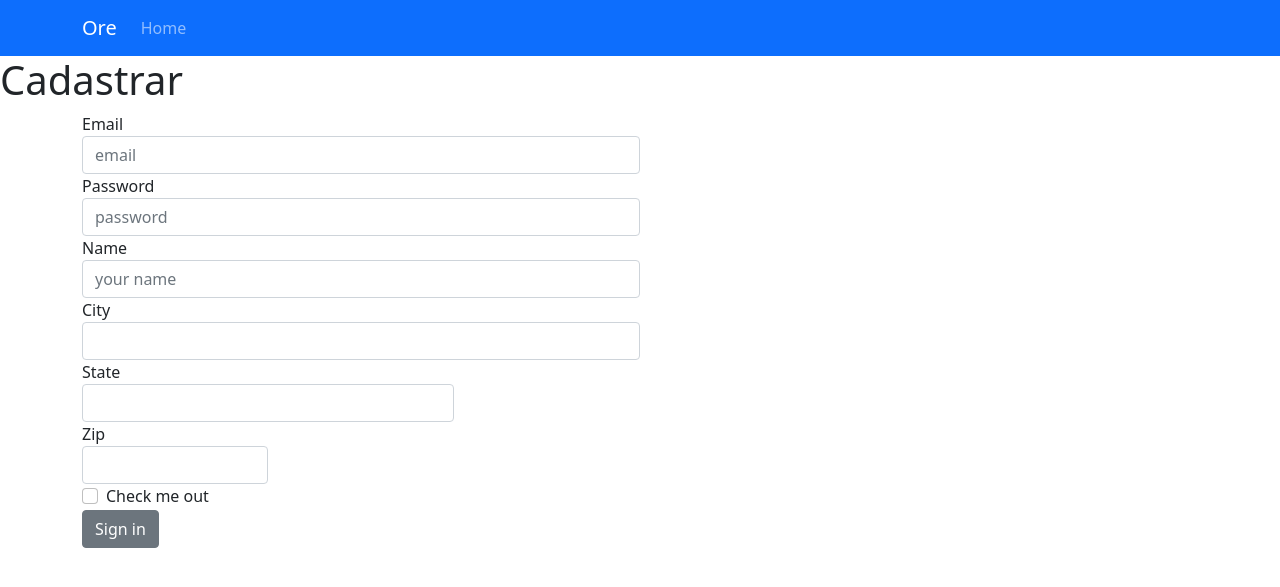
Repository: thf4/React-Front
Page: /cadastrar
The author's editor kept a copy of each file at every save. The page is drawn from the files as they stood at one save, then again after the next save.
The browser window is 1280 px wide. The pictures show the whole page.
The project was rebuilt for these pictures with package versions that can differ from the ones it lists, and the page was loaded fresh each time. Also part of the build but not shown: src/pages/Home/index.js, src/pages/Vizualizar/index.js, src/pages/Editar/index.js.

Above is the page before, as saved 2021-05-07 12:03:53.

After the next save:
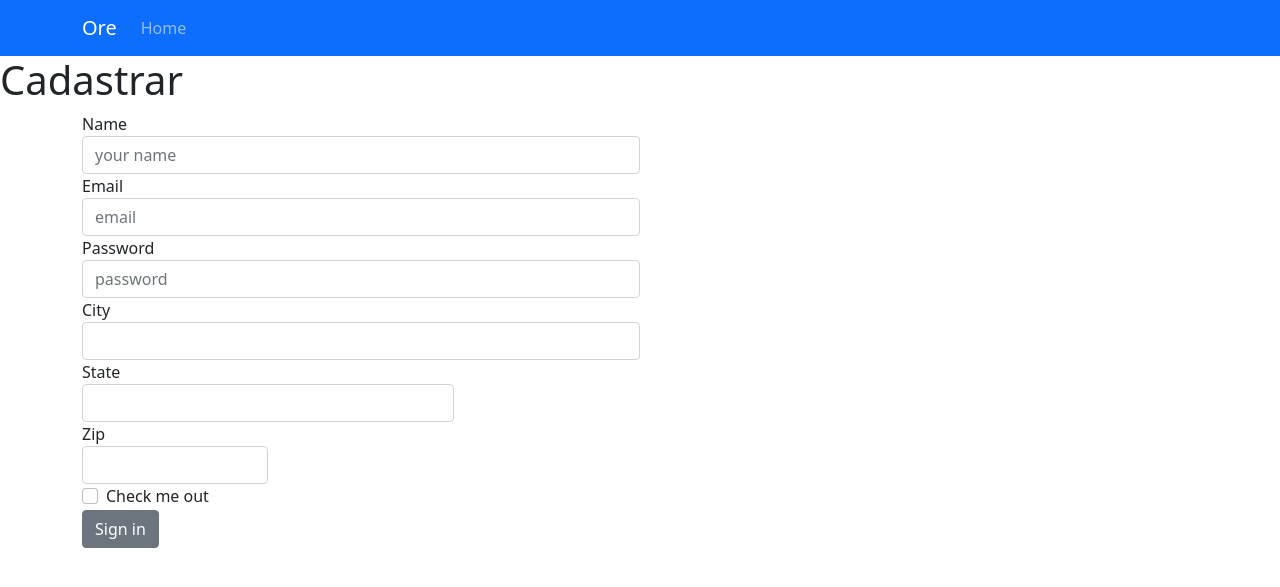
Saved 43 s later.
--- a/src/pages/Cadastrar/index.js
+++ b/src/pages/Cadastrar/index.js
@@ -17,13 +17,13 @@ export const Cadastrar = () => {
     name: "",
     email: "",
     password: "",
-    city:"",
-    zip:"",
-    state:"",
-
+    city: "",
+    zip: "",
+    state: "",
   });
 
-  const valorInput = (e) => setUser({ ...user, [e.target.name]: e.target.value });
+  const valorInput = (e) =>
+    setUser({ ...user, [e.target.name]: e.target.value });
 
   const cadUser = async (e) => {
     e.preventDefault();
@@ -36,6 +36,18 @@ export const Cadastrar = () => {
       <Form onSubmit={cadUser}>
         <Container>
           <Row form>
+            <Col md={6}>
+              <FormGroup>
+                <Label for="name">Name</Label>
+                <Input
+                  type="text"
+                  name="name"
+                  id="exampleAddress"
+                  placeholder="your name"
+                  onChange={valorInput}
+                />
+              </FormGroup>
+            </Col>
             <Col md={6}>
               <FormGroup>
                 <Label for="Email">Email</Label>
@@ -56,20 +68,10 @@ export const Cadastrar = () => {
                   name="password"
                   id="examplePassword"
                   placeholder="password "
-                  onChange={valorInput}/>
+                  onChange={valorInput}
+                />
               </FormGroup>
             </Col>
-            <Col md={6}>
-          <FormGroup>
-            <Label for="name">Name</Label>
-            <Input
-              type="text"
-              name="name"
-              id="exampleAddress"
-              placeholder="your name"
-              onChange={valorInput}/>
-          </FormGroup>
-          </Col>
             <Col md={6}>
               <FormGroup>
                 <Label for="exampleCity">City</Label>
@@ -95,7 +97,7 @@ export const Cadastrar = () => {
               Check me out
             </Label>
           </FormGroup>
-          <Button >Sign in</Button>
+          <Button>Sign in</Button>
         </Container>
       </Form>
     </div>
